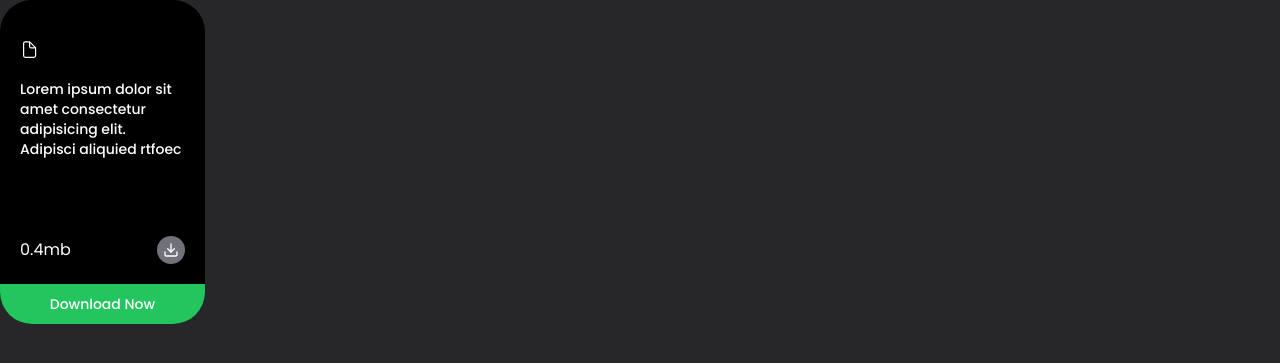
Repository: SharonSebastian32/dragable_cards
Page: /
An editor plug-in stored every save of this project. The page is shown before and after the next save, followed by the edit.
The browser window is 1280 px wide. The pictures show the whole page.
Some web fonts or font styles are not loaded; a fallback is used. The project was rebuilt for these pictures with package versions that can differ from the ones it lists, and the page was loaded fresh each time. Also part of the build but not shown: vite.config.js.

Above is the page before, as saved 2024-08-21 10:51:46.

### src/App.jsx
import Background from "./Components/Background";
import Foreground from "./Components/Foreground";
import "./App.css";
const App = () => {
  return (
    <div className="w-full h-screen bg-zinc-800 relative">
      <Background />
      <Foreground />
    </div>
  );
};
export default App;

### src/Components/Background.jsx
const Background = () => {
  return <div className="w-full h-full fixed z-[2]"> </div>;
};

export default Background;

### src/Components/Foreground.jsx
import Card from "./Card";

const Foreground = () => {
    const data = [
        {
            desc: "Lorem ipsum dolor sit amet consectetur adipisicing elit.Adipisci aliquied rtfoe",
            fileSize: '0.5mb',

            close: 'true',




         }
    ]
  return (
    <div className="w-full h-full fixed top-0 left-0 z-[3]">
      <Card />
    </div>
  );
};

export default Foreground;

### src/App.css
 @import url('https://fonts.googleapis.com/css2?family=Playwrite+IT+Moderna:wght@100..400&family=Poppins:ital,wght@0,100;0,200;0,300;0,400;0,500;0,600;0,700;0,800;0,900;1,100;1,200;1,300;1,400;1,500;1,600;1,700;1,800;1,900&display=swap');



 *{
  font-family: Poppins;
 }

### src/Components/Card.jsx
import { IoDocumentOutline } from "react-icons/io5";
import { LuDownload } from "react-icons/lu";
const Card = () => {
  return (
    <div className="w-[16vw] h-[45vh] rounded-[2rem] text-white px-5 py-10 bg-black relative overflow-hidden">
      <IoDocumentOutline size="1.2em" />
      <p className="text-sm font-medium mt-5">
        Lorem ipsum dolor sit amet consectetur adipisicing elit. Adipisci
        aliquied rtfoec{" "}
      </p>
      {/* footer   */}
      <div className="footer  absolute bottom-0 left-0 w-full h-15  ">
        <div className="flex items-center justify-between p-5">
          <h5>0.4mb</h5>
          <span className="w-7 h-7 bg-zinc-500 rounded-full flex items-center justify-center cursor-pointer">
            <LuDownload />{" "}
          </span>
        </div>{" "}
        <div className="w-full h-10 bg-green-500 flex items-center justify-center cursor-pointer ">
          <h2 className=" text-sm font-medium"> Download Now </h2>
        </div>
      </div>
    </div>
  );
};

export default Card;

Loaded but not shown: index.html (common file); src/main.jsx (common file); src/index.css (common file); tailwind.config.js (common file)

After the next save:
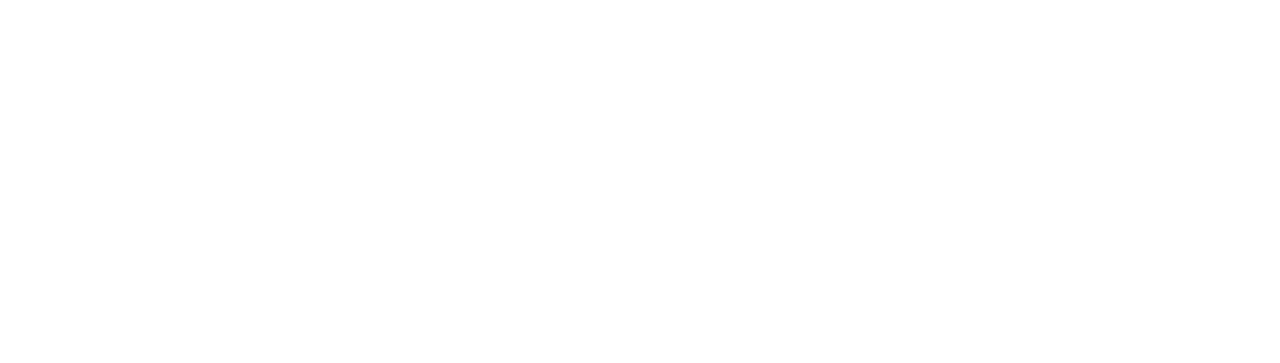
Console error: ReferenceError: tag is not defined
Saved 10 s later.
--- a/src/Components/Foreground.jsx
+++ b/src/Components/Foreground.jsx
@@ -7,7 +7,7 @@
             fileSize: '0.5mb',
 
             close: 'true',
-
+            tag
 
 
 

After the 2 saves that followed:
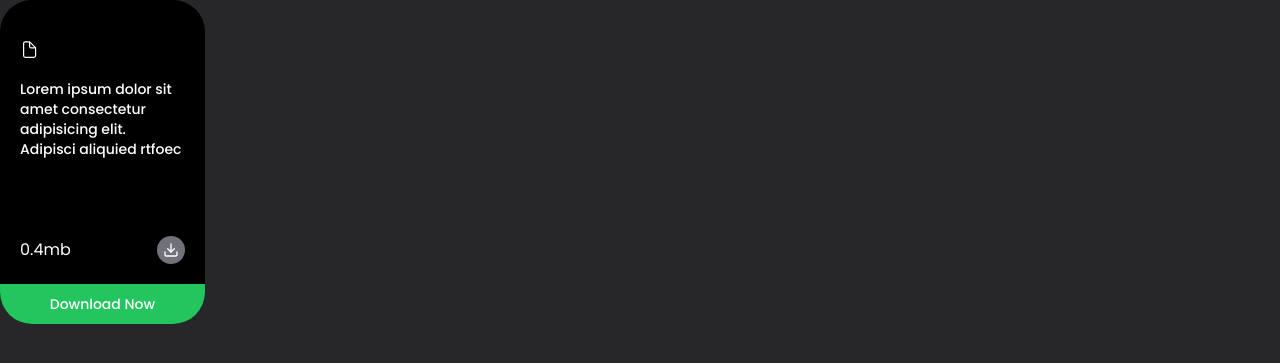
The error is gone.
The 2 saves are shown as one change because 1 did not build or start.
The last was saved 15 s later.
--- a/src/Components/Foreground.jsx
+++ b/src/Components/Foreground.jsx
@@ -7,7 +7,9 @@
             fileSize: '0.5mb',
 
             close: 'true',
-            tag
+            tag: {
+
+            }
 
 
 
